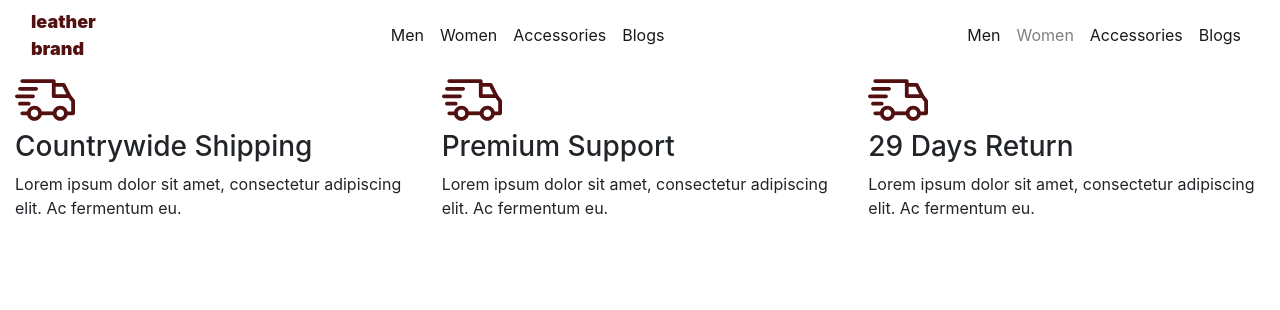
Repository: arif286/fashion-house
Page: /
An editor plug-in stored every save of this project. The page is shown before and after the next save, followed by the edit.
The browser window is 1280 px wide. The pictures show the whole page.
The project was rebuilt for these pictures with package versions that can differ from the ones it lists, and the page was loaded fresh each time. The framework's server and built-in components were replaced by stand-ins that run in the browser. Also part of the build but not shown: nuxt.config.js, components/Contact.vue, components/DisplayCollection.vue, components/Footer.vue, components/NewCollection.vue, components/NuxtLogo.vue, components/Products.vue, components/Tutorial.vue.

Above is the page before, as saved 2021-07-11 20:40:03.

### components/Nav.vue
<template>
  <nav class="navbar container navbar-expand-lg navbar-light">
    <div class="container-fluid">
      <div class="nav-title">
        <span>leather</span>
        <br />
        <span>brand</span>
      </div>
      <button
        class="navbar-toggler"
        type="button"
        data-bs-toggle="collapse"
        data-bs-target="#navbarSupportedContent"
        aria-controls="navbarSupportedContent"
        aria-expanded="false"
        aria-label="Toggle navigation"
      >
        <span class="navbar-toggler-icon"></span>
      </button>
      <div id="navbarSupportedContent" class="collapse navbar-collapse">
        <div class="d-flex justify-content-center w-100">
          <ul class="navbar-nav mb-2 mb-lg-0">
            <li class="nav-item">
              <a class="nav-link active" aria-current="page" href="#">Men</a>
            </li>
            <li class="nav-item">
              <a class="nav-link active" href="#">Women</a>
            </li>
            <li class="nav-item">
              <a class="nav-link active" href="#"> Accessories </a>
            </li>
            <li class="nav-item">
              <a class="nav-link active" href="#">Blogs</a>
            </li>
          </ul>
        </div>
        <div class="ml-auto">
          <ul class="navbar-nav mb-2 mb-lg-0">
            <li class="nav-item">
              <a class="nav-link active" aria-current="page" href="#">Men</a>
            </li>
            <li class="nav-item">
              <a class="nav-link" href="#">Women</a>
            </li>
            <li class="nav-item">
              <a class="nav-link active" href="#"> Accessories </a>
            </li>
            <li class="nav-item">
              <a class="nav-link active" href="#">Blogs</a>
            </li>
          </ul>
        </div>
      </div>
    </div>
  </nav>
</template>

<script></script>
<style scoped>
.nav-title {
  color: #521010;
  font-weight: 900;
  font-size: 18px;
}
.nav-title:hover {
  color: #521010;
  font-weight: bold;
}
.nav-item a {
  color: #000;
}
</style>

### components/Service.vue
<template>
  <div class="container">
    <div class="row">
      <div
        v-for="service in services"
        :key="service.id"
        class="col-md-4 col-12"
      >
        <div>
          <img :src="require(`@/assets/Images/${service.image}`)" alt="" />
          <h3>{{ service.title }}</h3>
          <p>{{ service.text }}</p>
        </div>
      </div>
    </div>
  </div>
</template>

<script>
export default {
  props: {
    services: { type: Array, required: true },
  },
}
</script>
<style></style>

### pages/index.vue
<template>
  <div>
    <Nav />
    <Slider />
    <Service :services="serviceData" />
  </div>
</template>

<script>
import { serviceData } from '@/assets/data.js'
export default {
  data() {
    return {
      serviceData,
    }
  },
}
</script>
<style>
@import url('https://fonts.googleapis.com/css2?family=Roboto:ital,wght@0,100;0,300;0,400;0,500;0,700;0,900;1,100;1,300;1,400;1,500;1,700;1,900&display=swap');

.body {
  font-family: 'Roboto', sans-serif;
}
.container {
  max-width: 1780px;
}
</style>

### assets/data.js
export const serviceData = [
  {
    id: 1,
    image: 'delivery.svg',
    title: 'Countrywide Shipping',
    text: 'Lorem ipsum dolor sit amet, consectetur adipiscing elit. Ac fermentum eu.',
  },
  {
    id: 2,
    image: 'delivery.svg',
    title: 'Premium Support',
    text: 'Lorem ipsum dolor sit amet, consectetur adipiscing elit. Ac fermentum eu.',
  },
  {
    id: 3,
    image: 'delivery.svg',
    title: '29 Days Return',
    text: 'Lorem ipsum dolor sit amet, consectetur adipiscing elit. Ac fermentum eu.'
  }
]

Loaded but not shown: components/Slider.vue (no stored copy; drawn as an empty file)

After the next save:
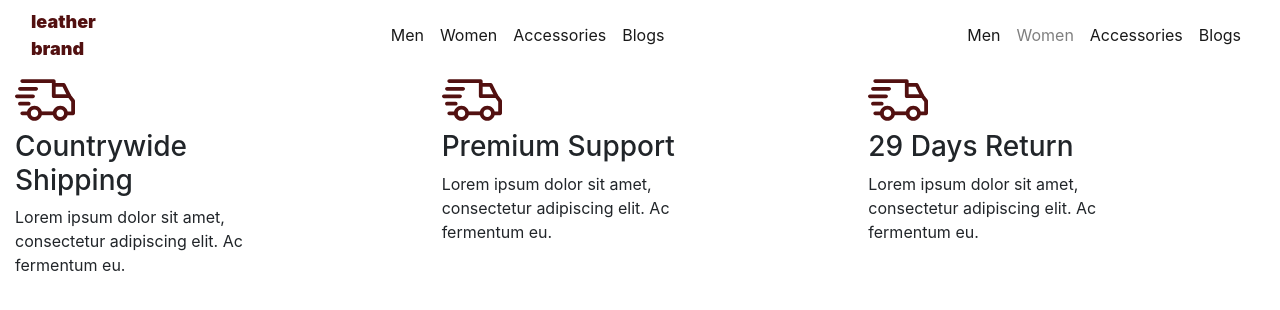
Saved 62 s later.
--- a/components/Service.vue
+++ b/components/Service.vue
@@ -6,7 +6,7 @@
         :key="service.id"
         class="col-md-4 col-12"
       >
-        <div>
+        <div class="service-box">
           <img :src="require(`@/assets/Images/${service.image}`)" alt="" />
           <h3>{{ service.title }}</h3>
           <p>{{ service.text }}</p>
@@ -23,4 +23,8 @@ export default {
   },
 }
 </script>
-<style></style>
+<style>
+.service-box {
+  width: 250px;
+}
+</style>
